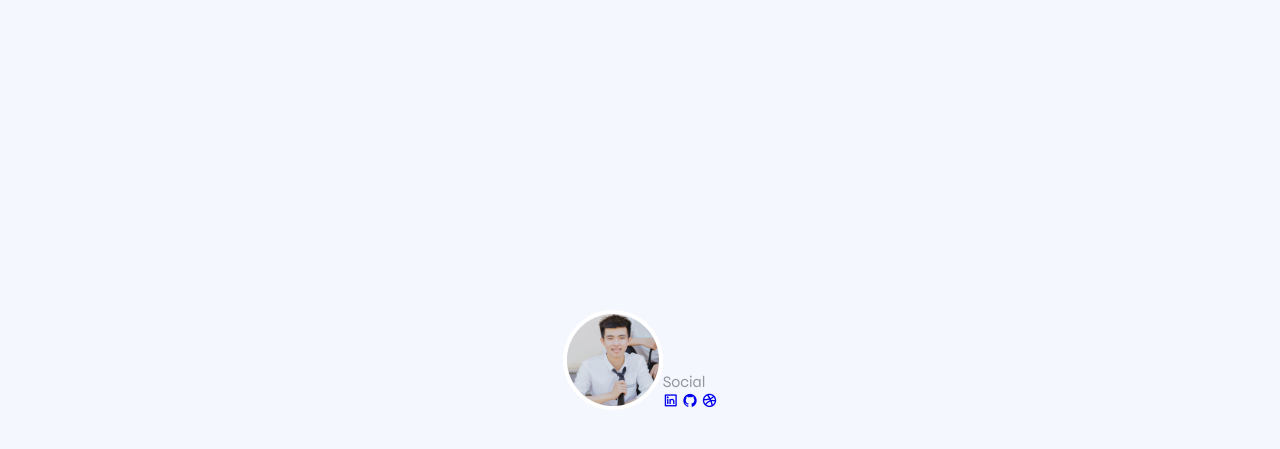
Repository: dinhhaidh/Profile
Page: index.html
The author's editor kept a copy of each file at every save. The page is drawn from the files as they stood at one save, then again after the next save.
The browser window is 1280 px wide. The pictures show the whole page.
Some web libraries are served in a nearby version.

Above is the page before, as saved 2024-02-29 08:58:17.

### index.html
<!DOCTYPE html>
<html lang="en">
<head>
    <meta charset="UTF-8">
    <meta name="viewport" content="width=device-width, initial-scale=1.0">

    <!--=============== REMIXICONS ===============-->
    <link rel="stylesheet" href="https://cdnjs.cloudflare.com/ajax/libs/remixicon/4.0.1/remixicon.css">

    <!--=============== CSS ===============-->
    <link rel="stylesheet" href="style.css">

    <title>Profile card with tooltip</title>
</head>
<body>
    <div class="container">
        <article class="card__article">
            <div class="card__profile">
                <img src="./img/img.jpg" alt="image" class="card__profile-img">
            </div>

            <div class="card__tooltip">
                <div class="card__content">
                    <header class="card__header">
                        <span>Social</span>

                        <div class="card__social">
                            <a href="https://www.linkedin.com" target="_blank">
                                <i class="ri-linkedin-box-line"></i>
                            </a>

                            <a href="https://www.github.com" target="_blank">
                                <i class="ri-github-fill"></i>
                            </a>

                            <a href="https://www.dribbble.com" target="_blank">
                                <i class="ri-dribbble-line"></i>
                            </a>
                        </div>
                    </header>

                    <div class="card__data">

                    </div>
                </div>
            </div>
        </article>
    </div>
</body>
</html>

### style.css
/*=============== GOOGLE FONTS ===============*/
@import url("https://fonts.googleapis.com/css2?family=Syne:wght@400;500;600&display=swap");

/*=============== VARIABLES CSS ===============*/
:root {
    /*========== Colors ==========*/
    /*Color mode HSL(hue, saturation, lightness)*/
    --first-color: hsl(230, 100%, 50%);
    --second-color: hsl(150, 100%, 38%);
    --title-color: hsl(230, 24%, 12%);
    --text-color: hsl(230, 4%, 60%);
    --gray-color: hsl(230, 24%, 88%);
    --border-color: hsl(230, 4%, 92%);
    --body-color: hsl(230, 100%, 98%);
    --container-color: hsl(0, 0%, 100%);

    /*========== Font and typography ==========*/
    /*.5rem = 8px | 1rem = 16px ...*/
    --body-font: "Syne", sans-serif;
    --h2-font-size: 1.25rem;
    --normal-font-size: 1rem;
}

/*=============== BASE ===============*/
* {
    box-sizing: border-box;
    padding: 0;
    margin: 0;
}

body {
    font-family: var(--body-font);
    font-size: var(--normal-font-size);
    background-color: var(--body-color);
    color: var(--text-color);
}

a {
    text-decoration: none;
}

img {
    display: block;
    max-width: 100%;
    height: auto;
}

/*=============== CARD ===============*/
.container{
    height: 100vh;
    display: grid;
    place-items: center;
    margin-inline: 1.5rem;
    padding-block: 7rem;
}
.card__article{
    position: relative;
    align-items: flex-end;
    display: flex;
    justify-content: center;
}
.card__profile{
    width: 100px;
    height: 100px;
    background-color: var(--gray-color);
    border-radius: 50%;
    overflow: hidden;
    display:flex;
    align-items: flex-end;
    justify-content: center;
    border: 4px solid var(--container-color);
    z-index: 5;
}
.card__profile-img{
    width: 95px;
}

/* Scale profile image */


/* Show tooltip card */


/*=============== BREAKPOINTS ===============*/
/* For medium devices */

After the next save:
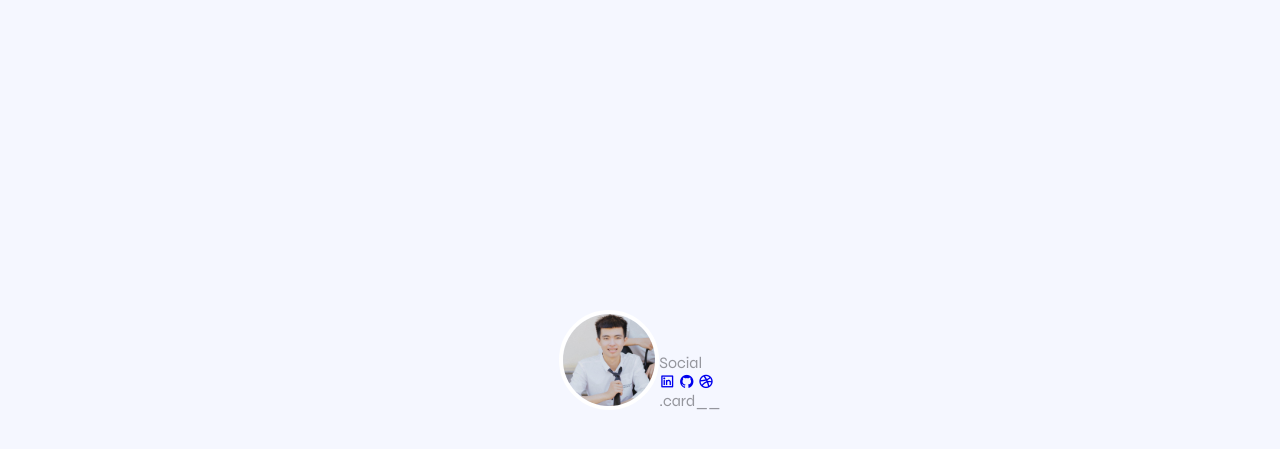
Saved 4 s later.
--- a/index.html
+++ b/index.html
@@ -40,7 +40,7 @@
                     </header>
 
                     <div class="card__data">
-
+                        .card__
                     </div>
                 </div>
             </div>

After the 2 saves that followed:
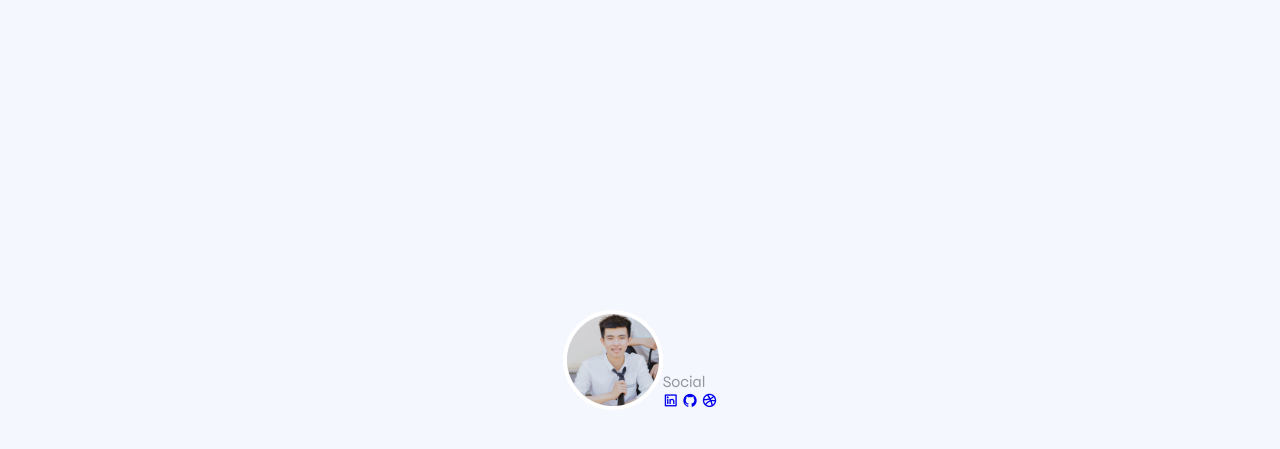
The 2 saves are shown as one change because 1 left the picture as it was.
The last was saved 10 s later.
--- a/index.html
+++ b/index.html
@@ -40,7 +40,11 @@
                     </header>
 
                     <div class="card__data">
-                        .card__
+                        <div class="card__image">
+                            <div class="card__mask">
+
+                            </div>
+                        </div>
                     </div>
                 </div>
             </div>
